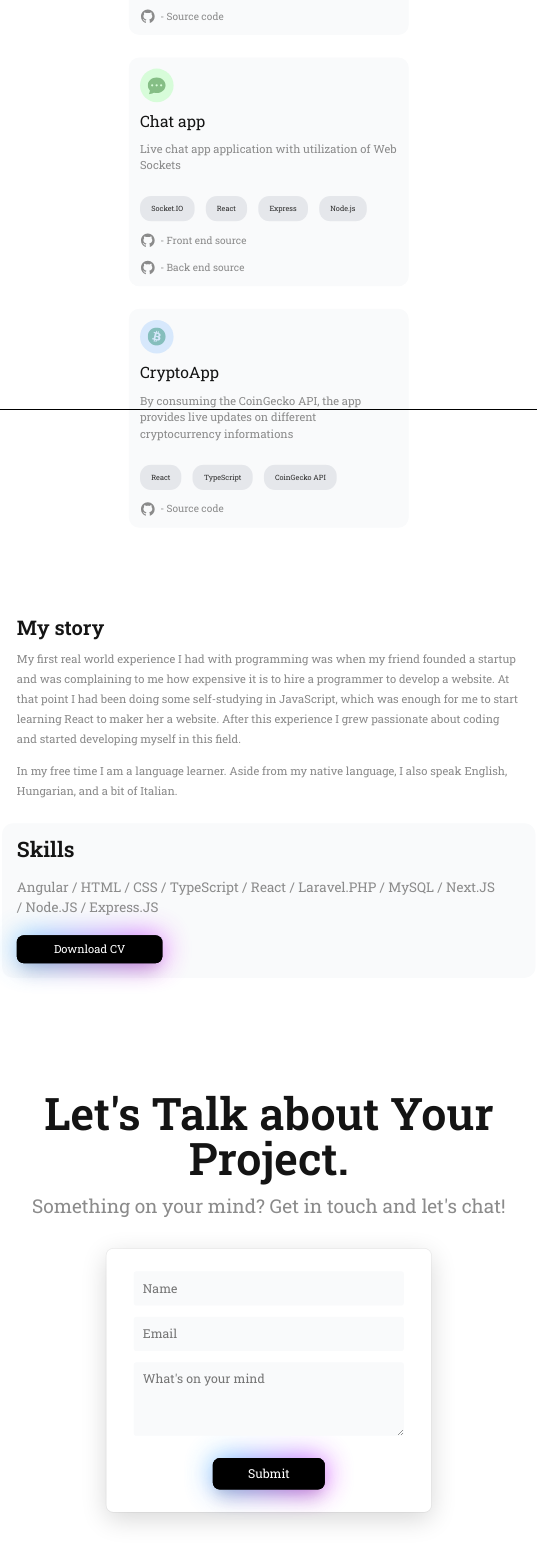
Repository: Leoka2000/portfolio-final
Page: /
The author's editor kept a copy of each file at every save. The page is drawn from the files as they stood at one save, then again after the next save.
The browser window is 768 px wide. The page is 768 px wide, then 792 px, so the pictures cover 792 px, including what lies to the right of the window. The pictures show the part of the page from y = 2320 to 4560 px (the page is 4560 px tall), at 70% of full size.
Some web fonts or font styles are not loaded; a fallback is used. The project was rebuilt for these pictures with package versions that can differ from the ones it lists, and the page was loaded fresh each time. Some packages were replaced by stand-ins written for this rebuild. Also part of the build but not shown: src/App.css. Imported but missing from the stored project, and not drawn on this page: src/assets/BioNexus.mp4, src/assets/LeoCV.pdf, src/assets/ScholarSearch.mp4, src/assets/chat-app.mp4.

Above is the page before, as saved 2023-09-27 14:23:39.

After the next save:
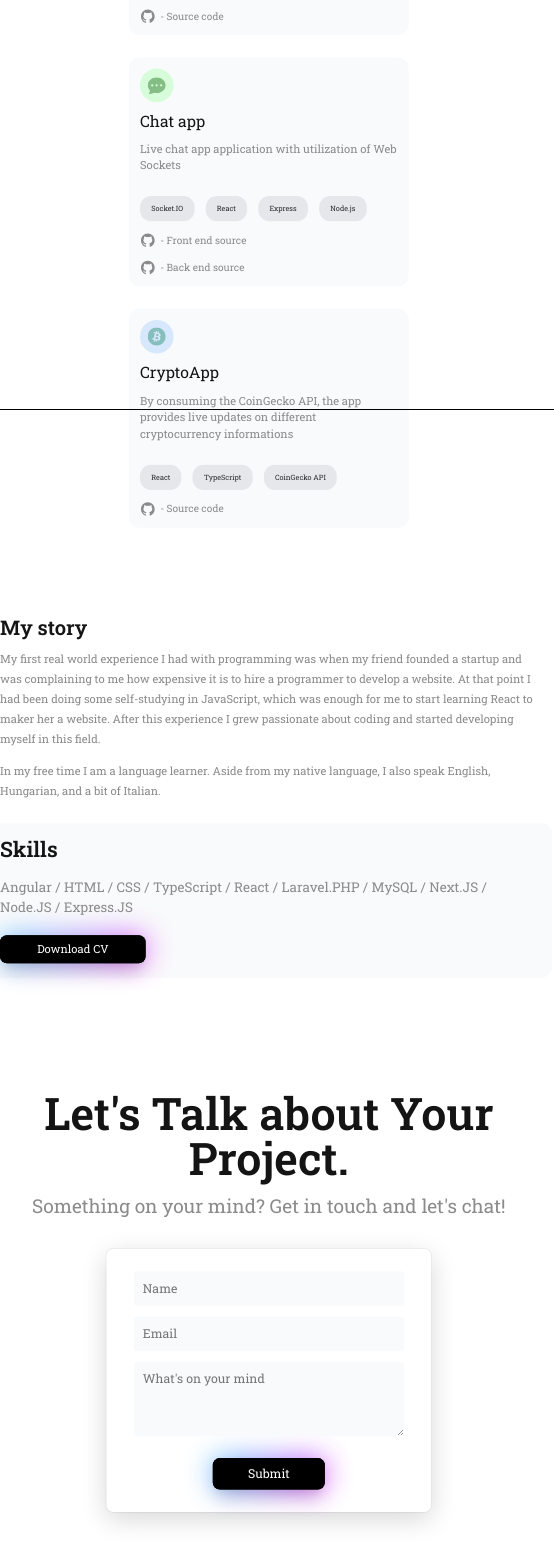
Saved 31 s later.
--- a/src/pages/main/about/about.css
+++ b/src/pages/main/about/about.css
@@ -128,13 +128,14 @@ color: black;
 @media screen and (max-width: 1000px) {
     .about-section {
         flex-direction: column;
-        padding: 7rem 1.5rem 5rem 1.5rem;
+        padding: 7rem 0rem 5rem 0rem;
         align-items: center;
 
 
     }
     .right {
         width: 100%;
+        padd
 
 
 
